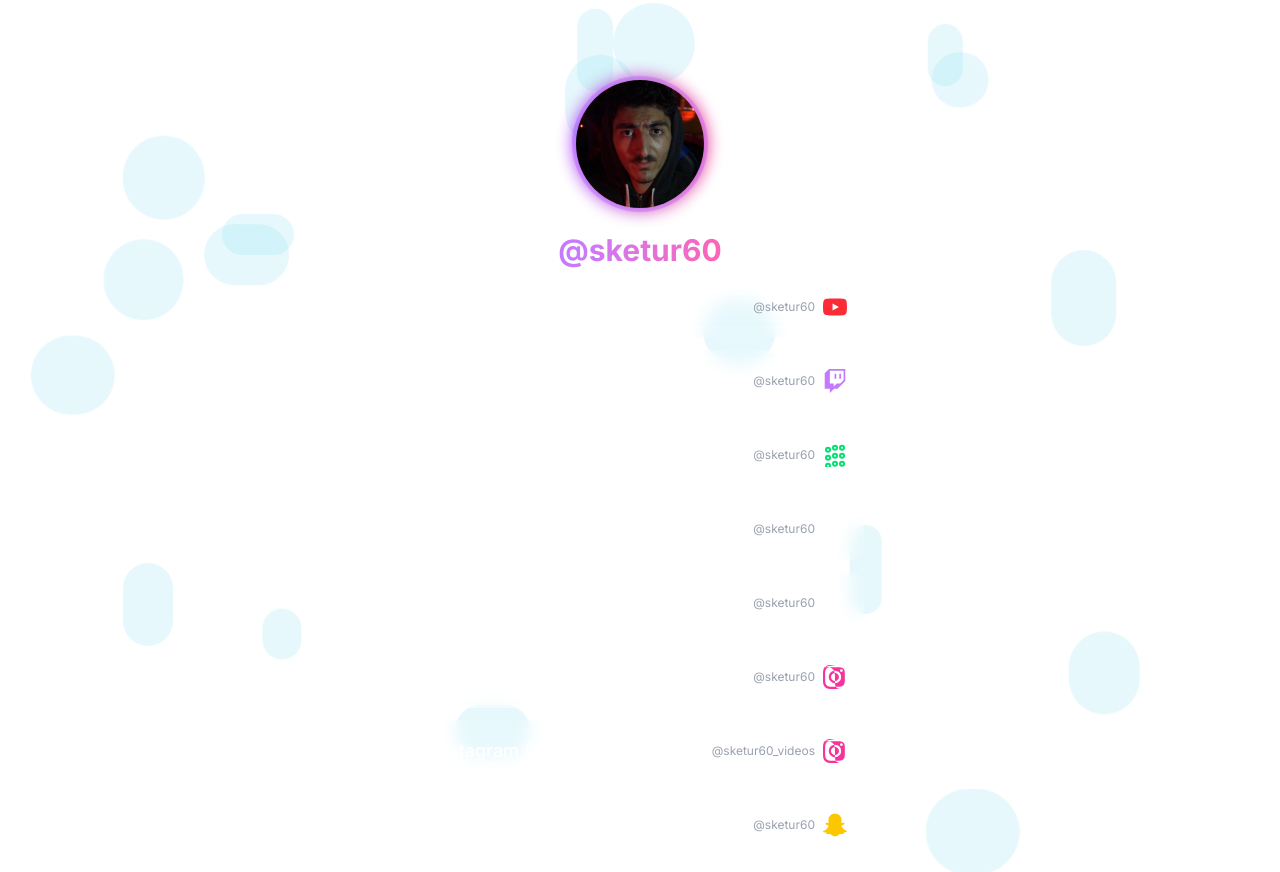
Repository: MehmetSalihK/sketur60
Page: /
An editor plug-in stored every save of this project. The page is shown before and after the next save, followed by the edit.
The browser window is 1280 px wide. The pictures show the whole page.
The project was rebuilt for these pictures with package versions that can differ from the ones it lists, and the page was loaded fresh each time. The framework's server and built-in components were replaced by stand-ins that run in the browser. Also part of the build but not shown: next.config.ts.

Above is the page before, as saved 2025-06-02 11:59:15.

After the next save:
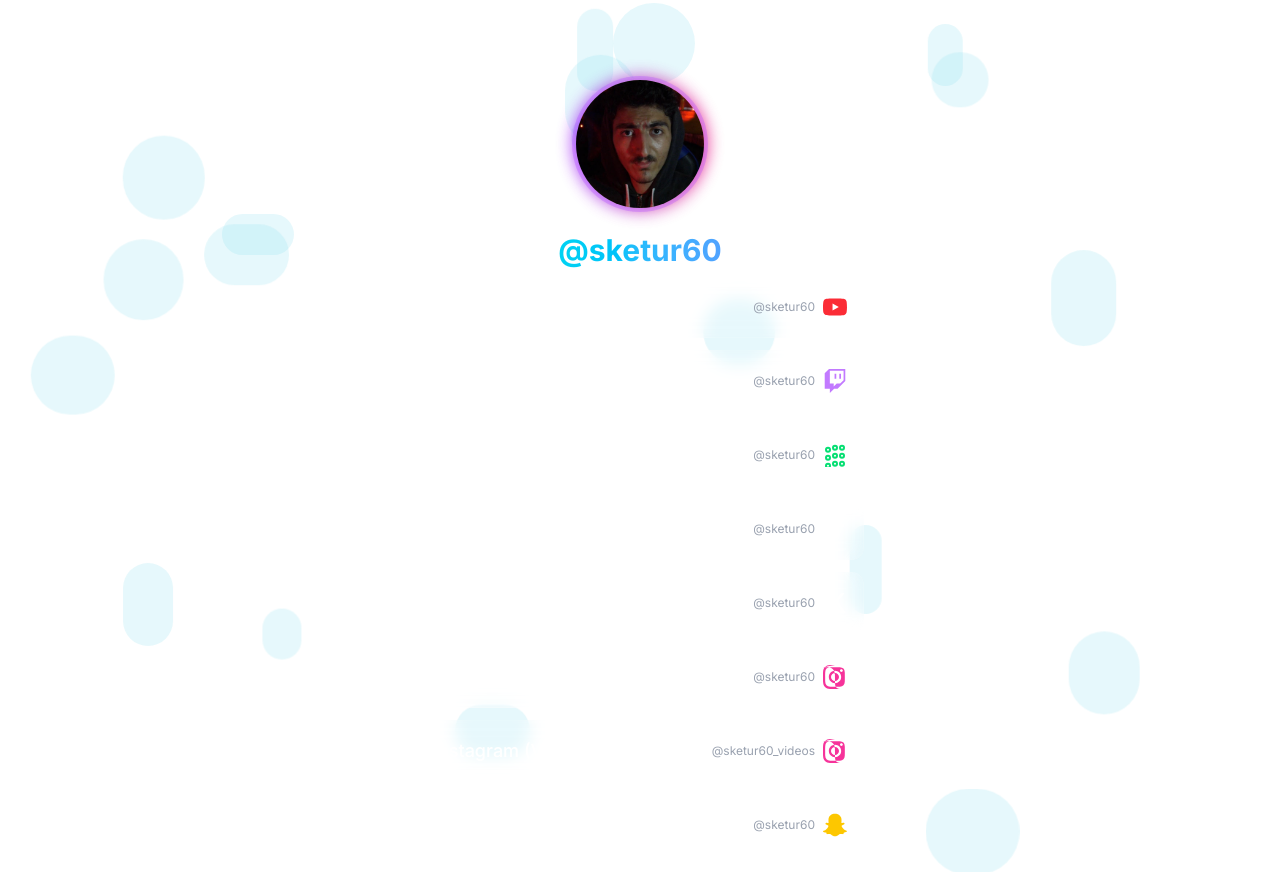
Saved 27 s later.
--- a/src/app/page.tsx
+++ b/src/app/page.tsx
@@ -41,14 +41,14 @@ export default function Home() {
         </div>
 
         {/* Nom d'utilisateur avec animation */}
-        <h1 className="text-3xl font-bold mt-6 mb-2 bg-gradient-to-r from-purple-400 to-pink-400 text-transparent bg-clip-text hover:scale-105 transition-transform duration-200">@sketur60</h1>
+        <h1 className="text-3xl font-bold mt-6 mb-2 bg-gradient-to-r from-cyan-400 to-blue-400 text-transparent bg-clip-text hover:scale-105 transition-transform duration-200">@sketur60</h1>
 
         {/* Liste des liens */}
         <div className="w-full max-w-md space-y-3">
-          {/* YouTube */}
-          <Link href="https://www.youtube.com/@mehmet60"
-                className="group flex items-center justify-between p-4 rounded-xl backdrop-blur-sm bg-white/5 border border-white/10 hover:bg-white/10 hover:border-purple-500/50 transition-all duration-300 hover:scale-105">
-            <span className="font-medium text-lg group-hover:text-purple-400 transition-colors">YouTube</span>
+          {/* Liens existants - Mettez à jour la classe pour chaque lien */}
+          <Link href="https://youtube.com/@sketur60"
+                className="group flex items-center justify-between p-4 rounded-xl backdrop-blur-sm bg-white/5 border border-white/10 hover:bg-white/10 hover:border-cyan-500/50 transition-all duration-300 hover:scale-105">
+            <span className="font-medium text-lg group-hover:text-cyan-400 transition-colors">YouTube</span>
             <div className="flex items-center space-x-2">
               <span className="text-xs text-gray-400 group-hover:text-purple-400 transition-colors">@sketur60</span>
               <svg className="w-6 h-6 text-red-500" fill="currentColor" viewBox="0 0 24 24"><path d="M23.498 6.186a3.016 3.016 0 0 0-2.122-2.136C19.505 3.545 12 3.545 12 3.545s-7.505 0-9.377.505A3.017 3.017 0 0 0 .502 6.186C0 8.07 0 12 0 12s0 3.93.502 5.814a3.016 3.016 0 0 0 2.122 2.136c1.871.505 9.376.505 9.376.505s7.505 0 9.377-.505a3.015 3.015 0 0 0 2.122-2.136C24 15.93 24 12 24 12s0-3.93-.502-5.814zM9.545 15.568V8.432L15.818 12l-6.273 3.568z"/></svg>
